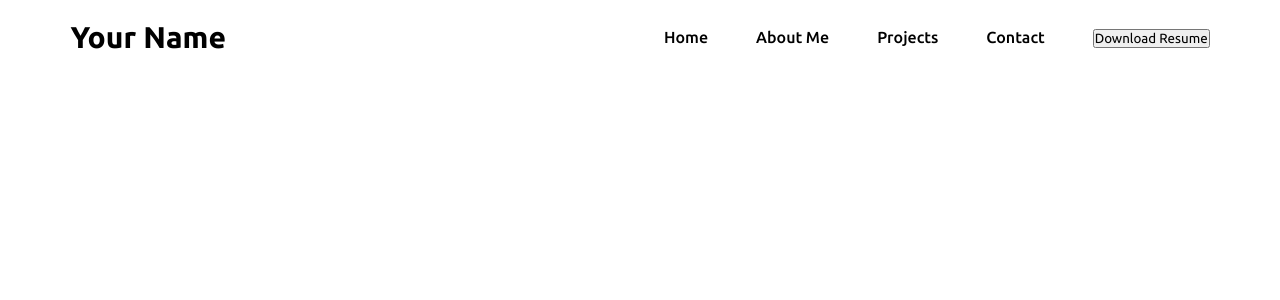
Repository: DevAntonioRogers/vanilla-portfolio
Page: index.html
The author's editor kept a copy of each file at every save. The page is drawn from the files as they stood at one save, then again after the next save.
The browser window is 1280 px wide. The pictures show the whole page.

Above is the page before, as saved 2023-07-14 16:05:36.

After the next save:
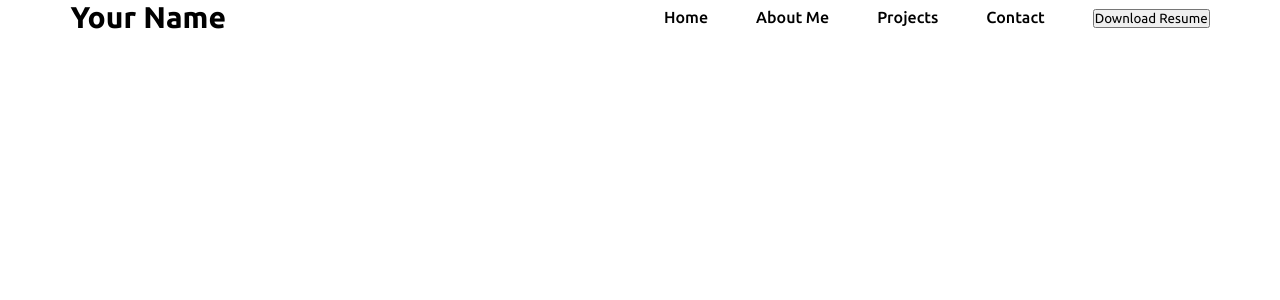
Saved 2 min 16 s later.
--- a/style.css
+++ b/style.css
@@ -23,8 +23,7 @@ li {
 }
 
 nav {
-  background-color: blue;
-  background-color: transparent;
+  background: linear-gradient(to bottom, #EF4444 20%, #FFC809 80%)
   padding: 20px 0;
 }
 
